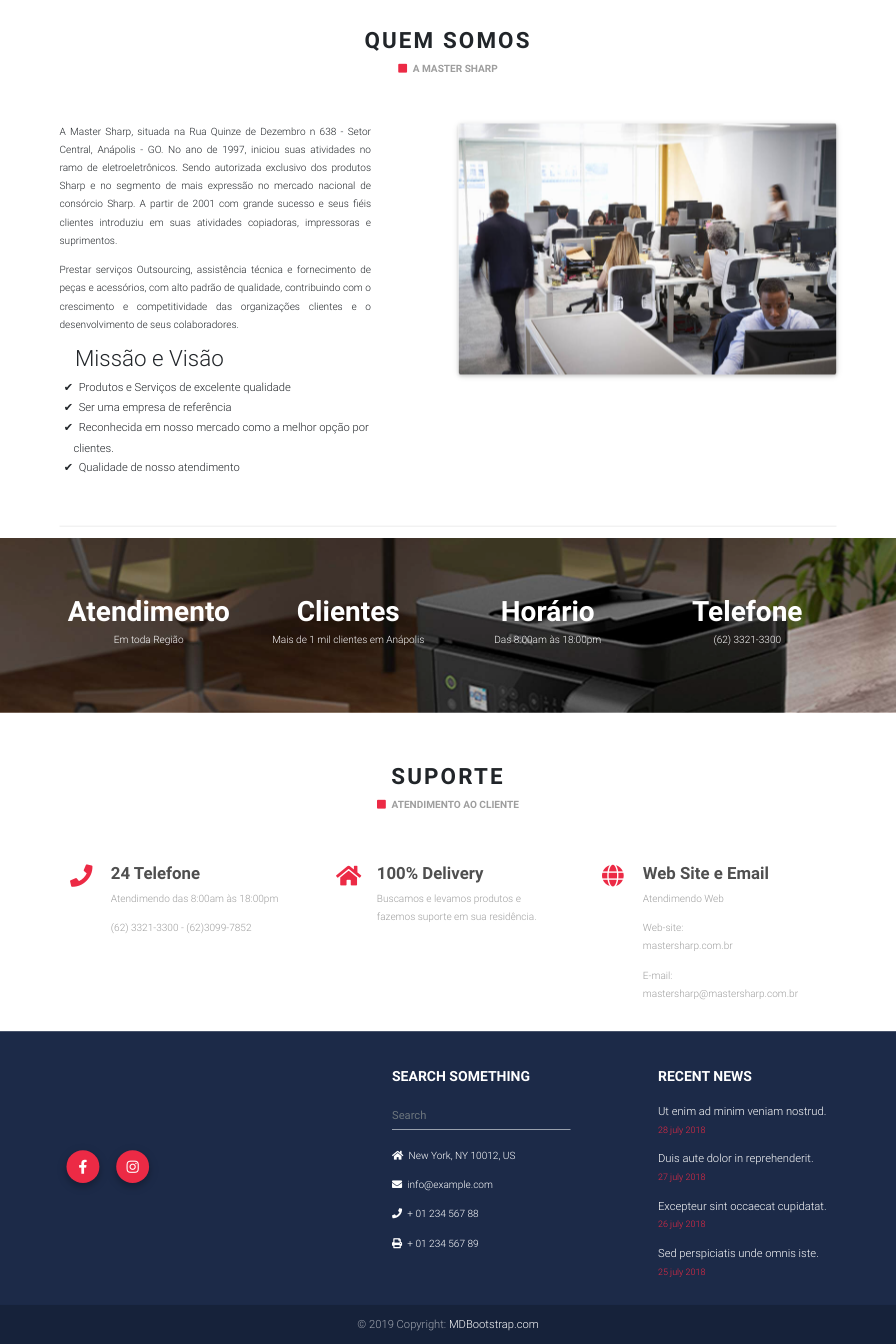
Repository: SalomaoMiguel/mastshap
Page: html/index.html
These files come from the project's save history. The page is drawn as it stood at one moment and after a run of saves; the edit follows.
The browser window is 1280 px wide. The pictures show the part of the page from y = 1373 to 3293 px (the page is 3293 px tall), at 70% of full size.
Some web libraries are served in a nearby version.

Above is the page before, as saved 2021-02-17 15:31:41.

After the next 2 saves:
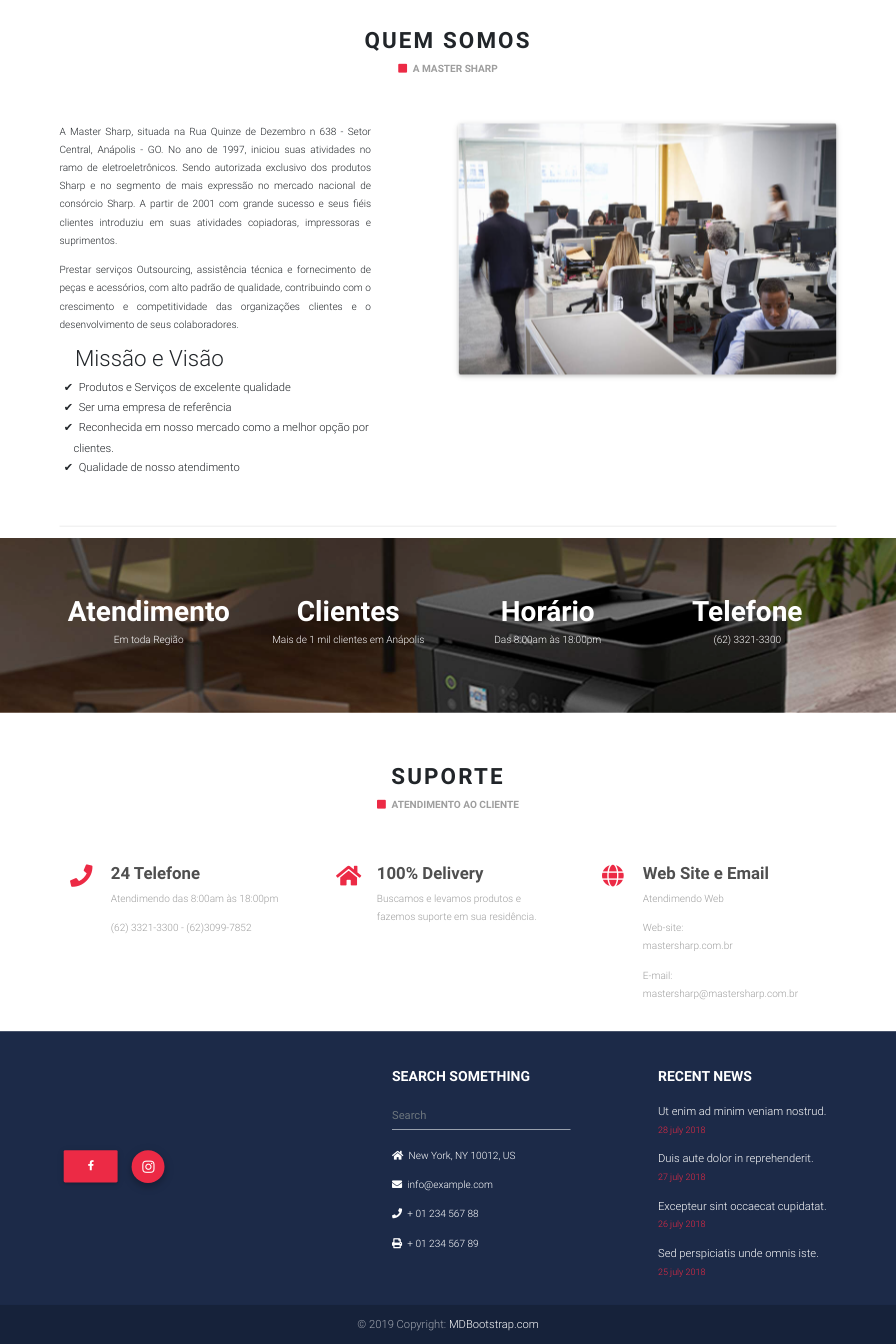
The 2 saves are shown as one change because they came seconds apart.
The last was saved 30 s later.
--- a/html/index.html
+++ b/html/index.html
@@ -395,7 +395,7 @@
 
           <div class="footer-socials mt-2 mr-md-auto ml-md-auto">
             <!--Facebook-->
-            <a    href="https://www.facebook.com/mastersharp.aps/"  type="button" class="btn-floating  btn-danger-2"><i class="fab fa-facebook-f"></i></a>
+            <a    href="https://www.facebook.com/mastersharp.aps/"  type="button" class="btn  btn-danger-2"><i class="fab fa-facebook-f"></i></a>
             <!--Dribbble-->
             <a  href="https://www.instagram.com/master.sharp/" type="button" class="btn-floating  btn-danger-2"><i class="fab fa-instagram"></i></a>
           </div>
